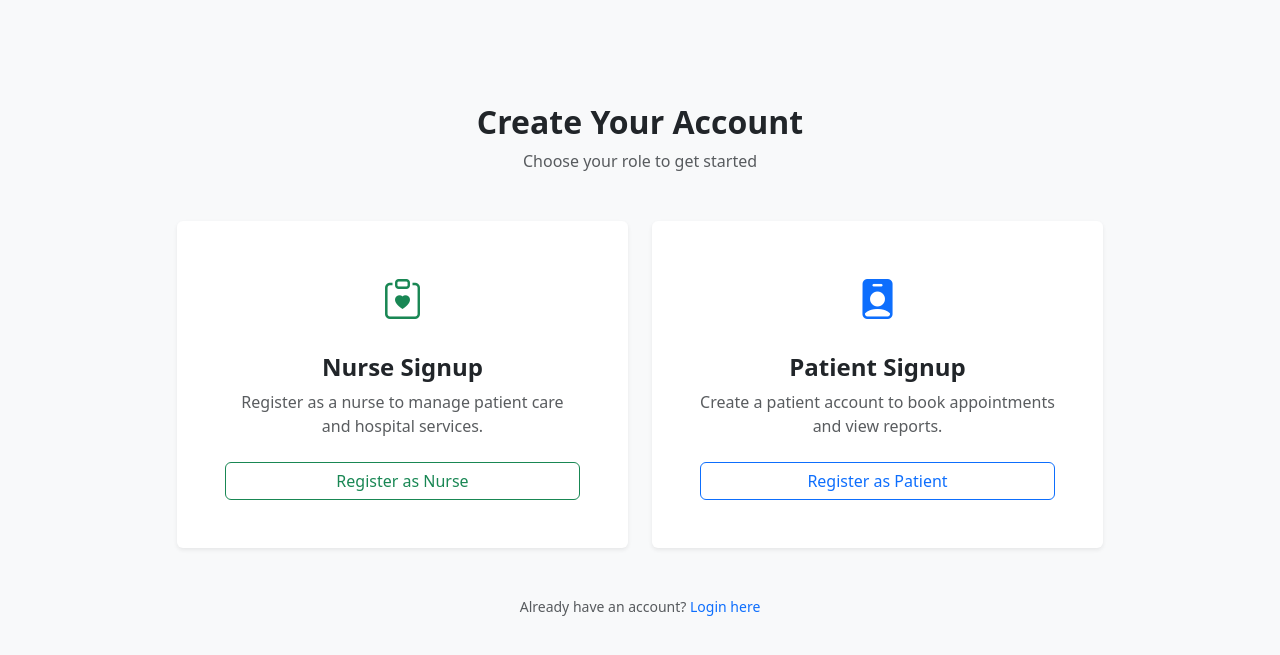
Repository: Rajasekaran0415/LifeCare-Management-System
Page: Project/signup.html
An editor plug-in stored every save of this project. The page is shown before and after a run of saves, followed by the edit.
The browser window is 1280 px wide. The pictures show the whole page.

Above is the page before, as saved 2025-12-26 21:38:25.

After the next 3 saves:
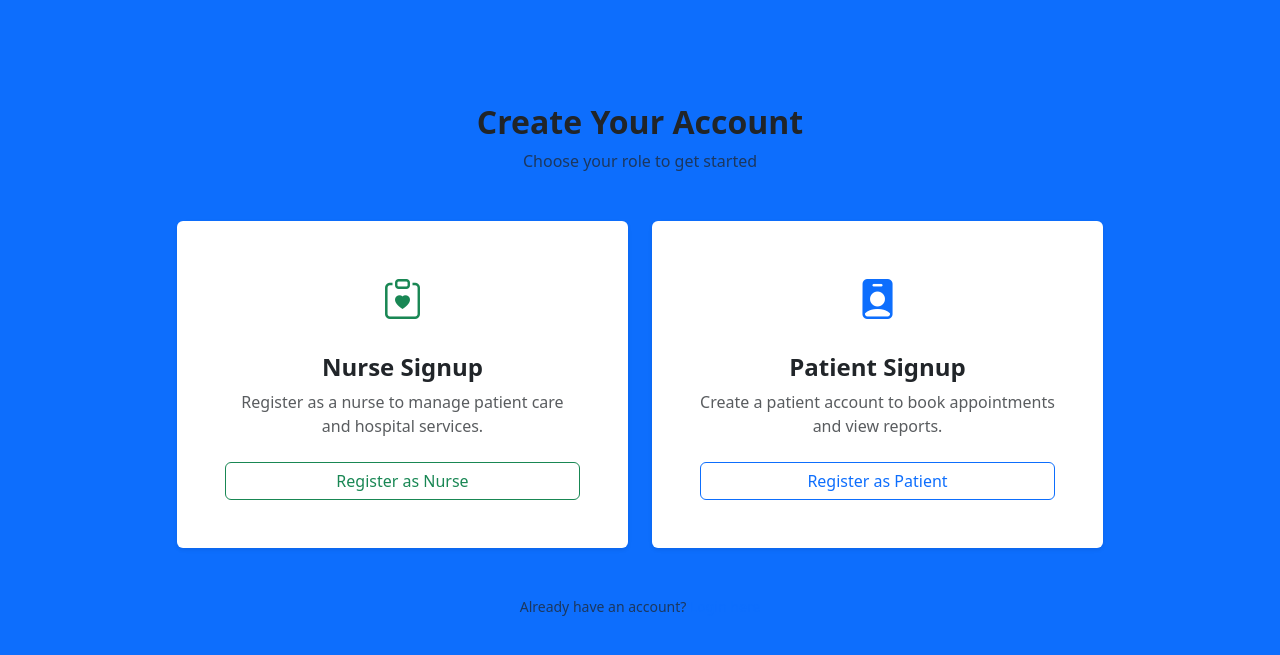
The 3 saves are shown as one change because they came seconds apart.
The last was saved 12 s later.
--- a/Project/signup.html
+++ b/Project/signup.html
@@ -11,7 +11,7 @@
   <link href="https://cdn.jsdelivr.net/npm/bootstrap-icons/font/bootstrap-icons.css" rel="stylesheet">
 </head>
 
-<body class="bg-light d-flex align-items-center" style="min-height:100vh;">
+<body class="bg-primary d-flex align-items-center" style="min-height:100vh;">
 
   <div class="container">
 
